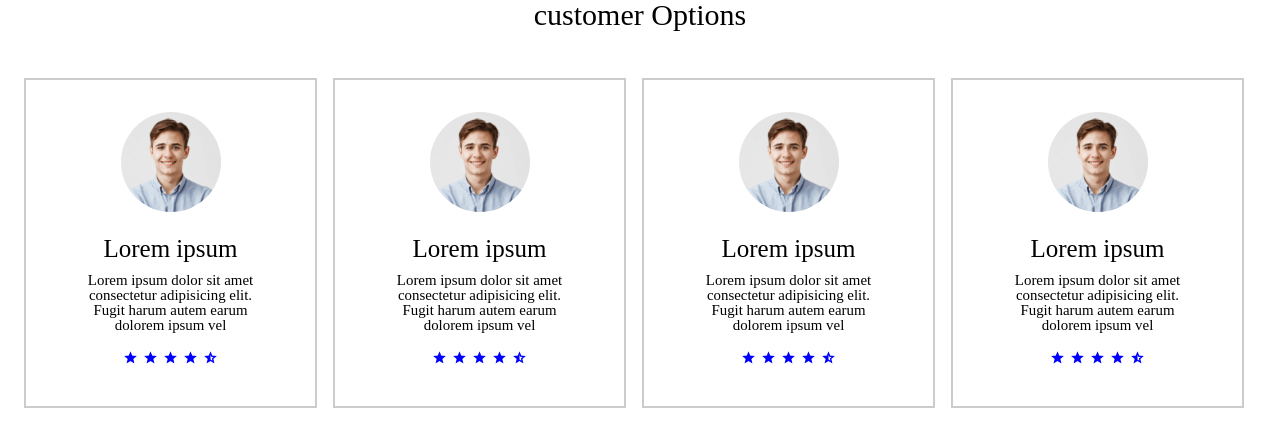
Repository: dinhhaidh/slider-3
Page: index.html
The author's editor kept a copy of each file at every save. The page is drawn from the files as they stood at one save, then again after the next save.
The browser window is 1280 px wide. The pictures show the whole page.

Above is the page before, as saved 2024-03-22 21:15:45.

After the next save:
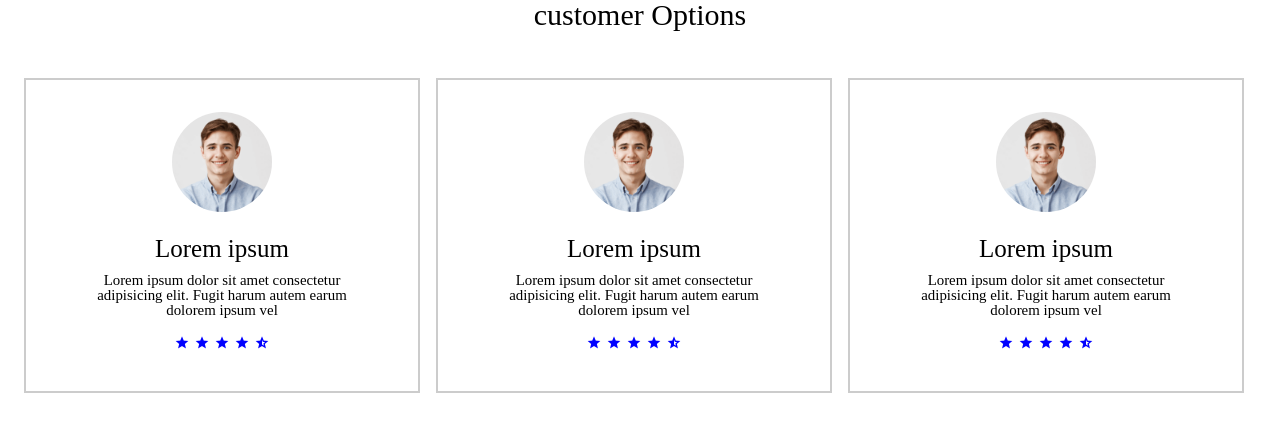
Saved 24 s later.
--- a/js/app.js
+++ b/js/app.js
@@ -25,7 +25,7 @@ let swiperCustomer = new Swiper('.customer__swiper', {
 
     breakpoints: {
         1150: {
-            slidesPerView: 4,
+            slidesPerView: 3,
             centeredSlides: false,
         }
     }
